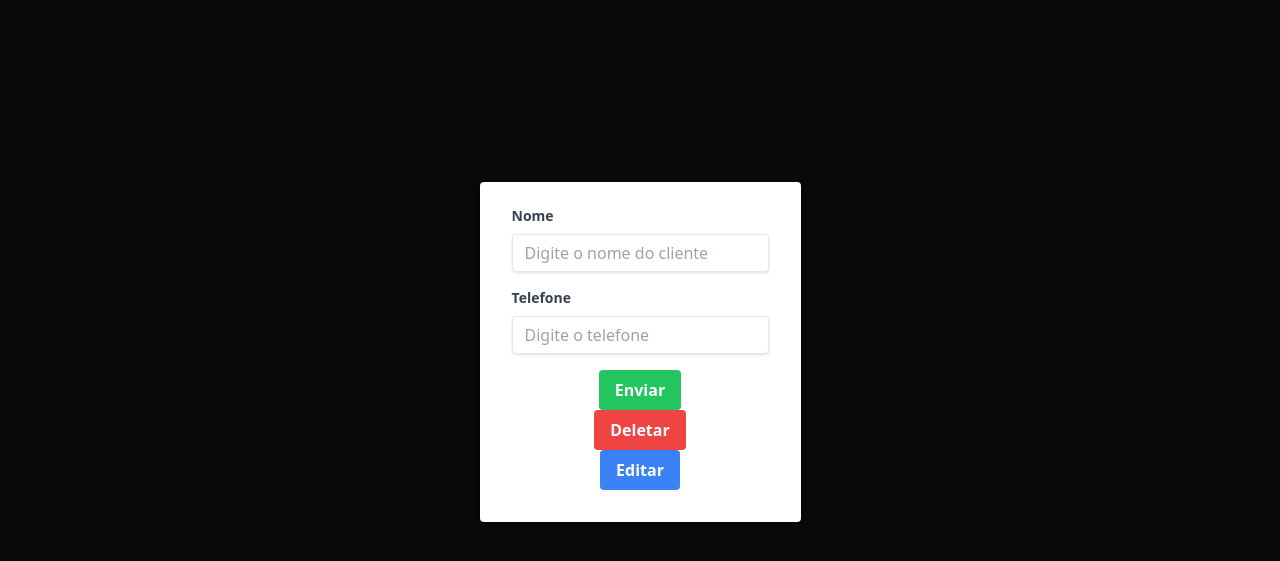
Repository: Gstxxx/sales-manager-laravel
Page: http://localhost/
The author's editor kept a copy of each file at every save. The page is drawn from the files as they stood at one save, then again after the next save.
The browser window is 1280 px wide. The pictures show the whole page.
The page is served by the project's Laravel application, run on PHP 8.4 with Laravel 12. Style sheets and scripts are compiled from the project's sources, by tool versions that may differ from the author's.

Above is the page before, as saved 2024-06-09 03:16:29.

After the next save:
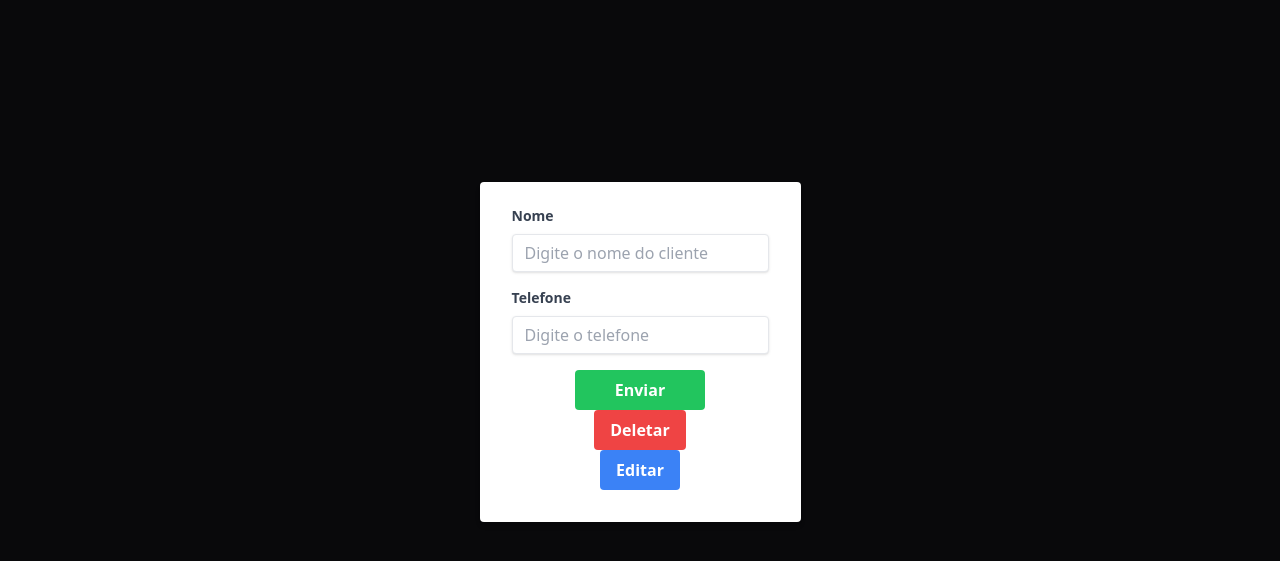
Saved 33 s later.
--- a/resources/views/home.blade.php
+++ b/resources/views/home.blade.php
@@ -33,7 +33,7 @@
 
             <div class="flex flex-col items-center justify-between">
                 <button
-                    class="bg-green-500 hover:bg-green-700 text-white font-bold py-2 px-4 rounded focus:outline-none focus:shadow-outline"
+                    class="bg-green-500 hover:bg-green-700 text-white font-bold py-2 px-10 rounded focus:outline-none focus:shadow-outline"
                     type="submit">
                     Enviar
                 </button>
